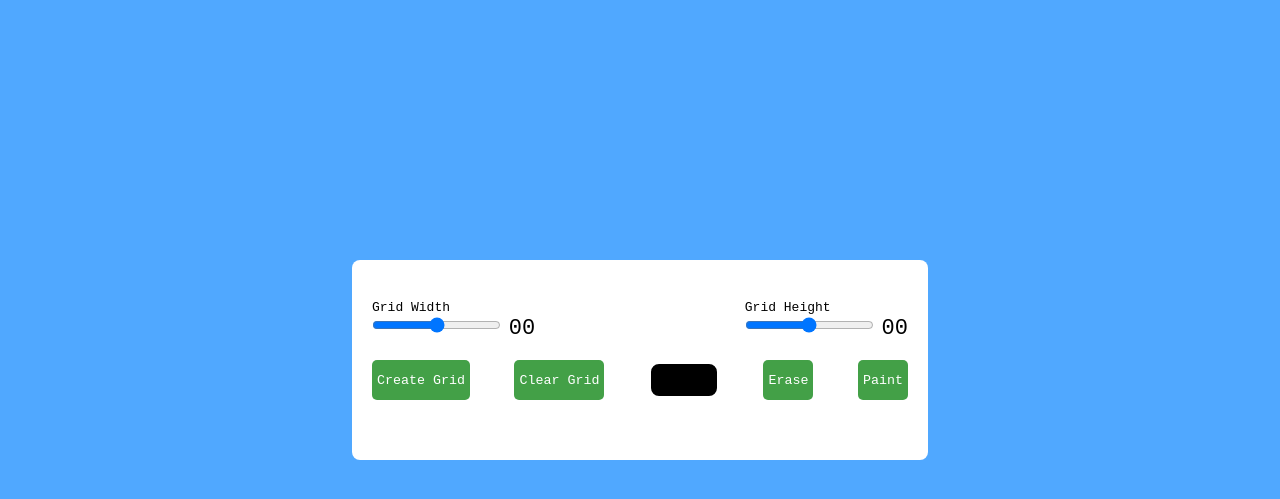
Repository: radisyah/Pixel_Art_Generator
Page: index.html
An editor plug-in stored every save of this project. The page is shown before and after the next save, followed by the edit.
The browser window is 1280 px wide. The pictures show the whole page.

Above is the page before, as saved 2024-11-20 12:43:53.

After the next save:
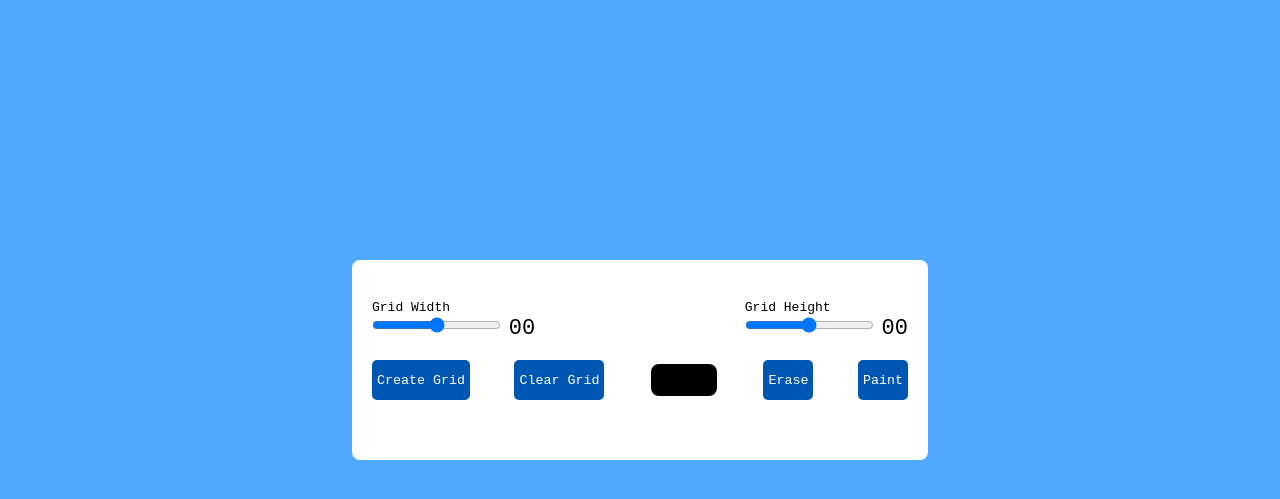
Saved 4 s later.
--- a/style.css
+++ b/style.css
@@ -38,7 +38,7 @@ span{
 }
 
 button{
-    background-color: #43a047;
+    background-color: #0056b3;
     border: 0;
     border-radius: 5px;
     padding: 5px;
